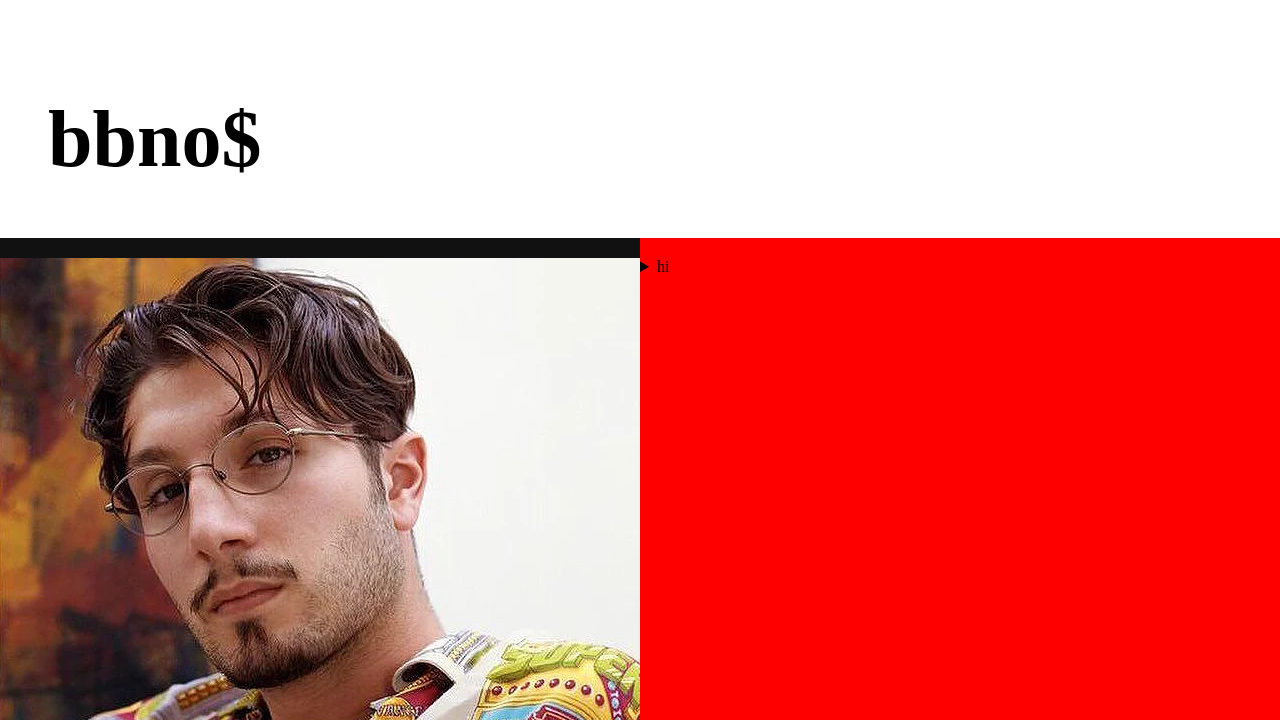
Repository: Jennica1/Lab1
Page: /
These files come from the project's save history. The page is drawn as it stood at one moment and after the next save; the edit follows.
The browser window is 1280 px wide. The pictures show the whole page.
The project was rebuilt for these pictures with package versions that can differ from the ones it lists, and the page was loaded fresh each time. Also part of the build but not shown: vite.config.js, src/index.css.

Above is the page before, as saved 2024-09-09 18:18:27.

After the next save:
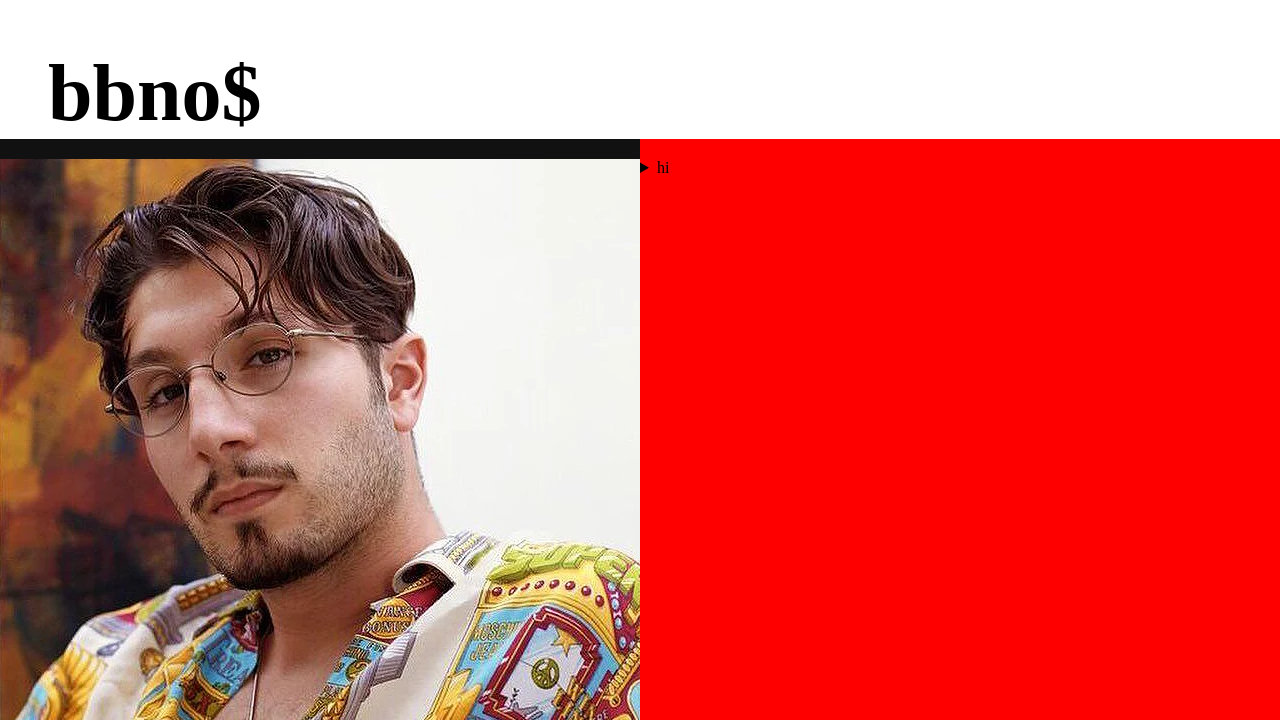
Saved 13 s later.
--- a/src/App.css
+++ b/src/App.css
@@ -6,6 +6,10 @@
 
 .header {
   font-size: 40px;
+
+}
+
+.title {
   margin: 0;
 }
 
